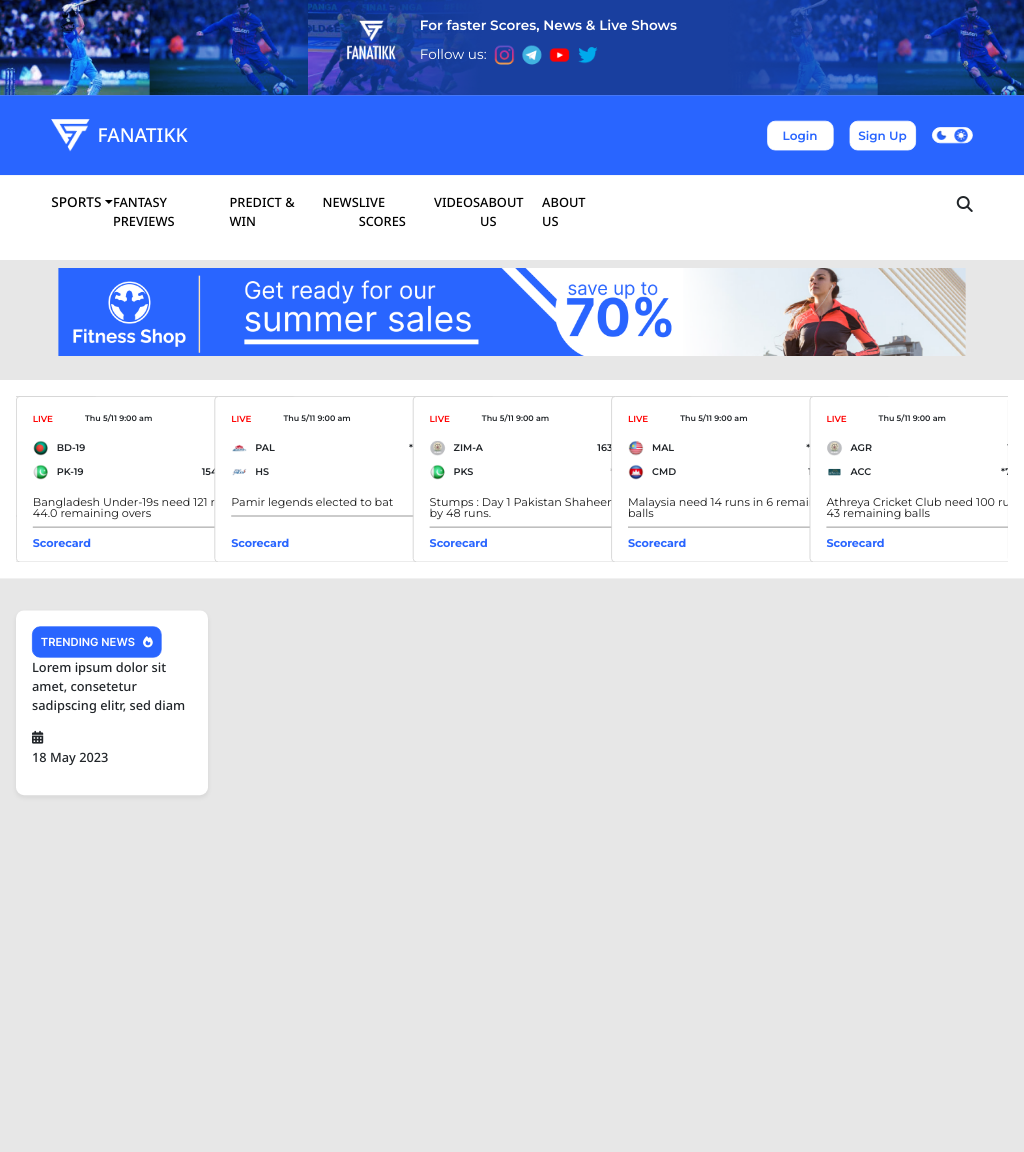
Repository: FlyweisReact/Kannapa
Page: /
These files come from the project's save history. The page is drawn as it stood at one moment and after the next save; the edit follows.
The browser window is 1280 px wide. The pictures show the whole page, at 80% of full size.
Some web libraries are served in a nearby version. The project was rebuilt for these pictures with package versions that can differ from the ones it lists, and the page was loaded fresh each time. Also part of the build but not shown: src/Components/Layout/Footer.js, src/Components/Sliders/Index-video-Slider.js, src/Components/firstScreen.jsx, src/Components/secondScreen.jsx, src/Components/thirdScreen.jsx, src/Components/fourthScreen.jsx, src/CSS/Footer.css.

Above is the page before, as saved 2023-06-03 13:33:21.

After the next save:
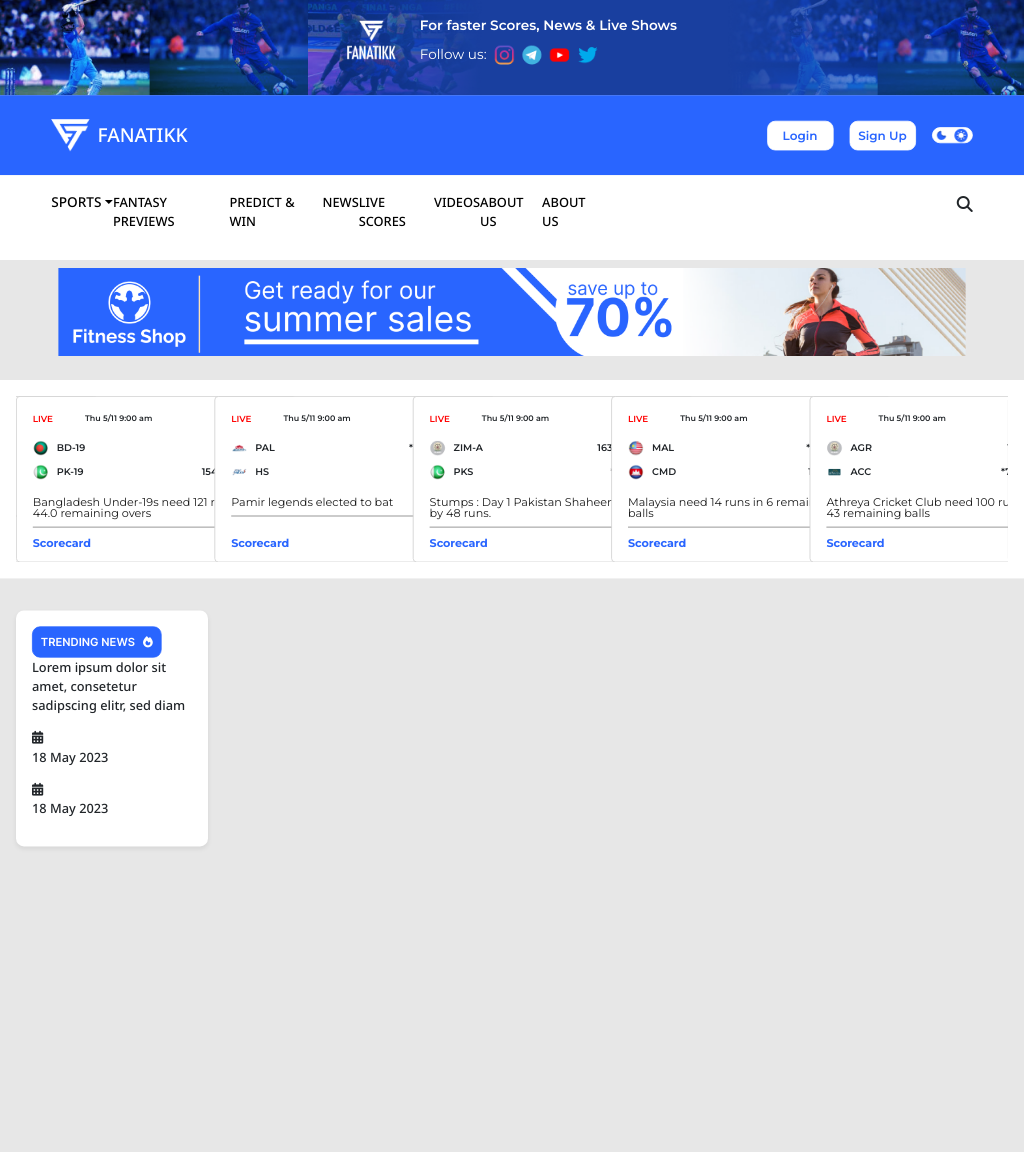
Saved 8 s later.
--- a/src/Pages/HomeScreen.js
+++ b/src/Pages/HomeScreen.js
@@ -64,6 +64,10 @@ const HomeScreen = () => {
                     <i class="fa-solid fa-calendar-days"></i>
                     <p>18 May 2023</p>
                   </div>
+                  <div>
+                    <i class="fa-solid fa-calendar-days"></i>
+                    <p>18 May 2023</p>
+                  </div>
                 </div>
               </div>
             </div>
